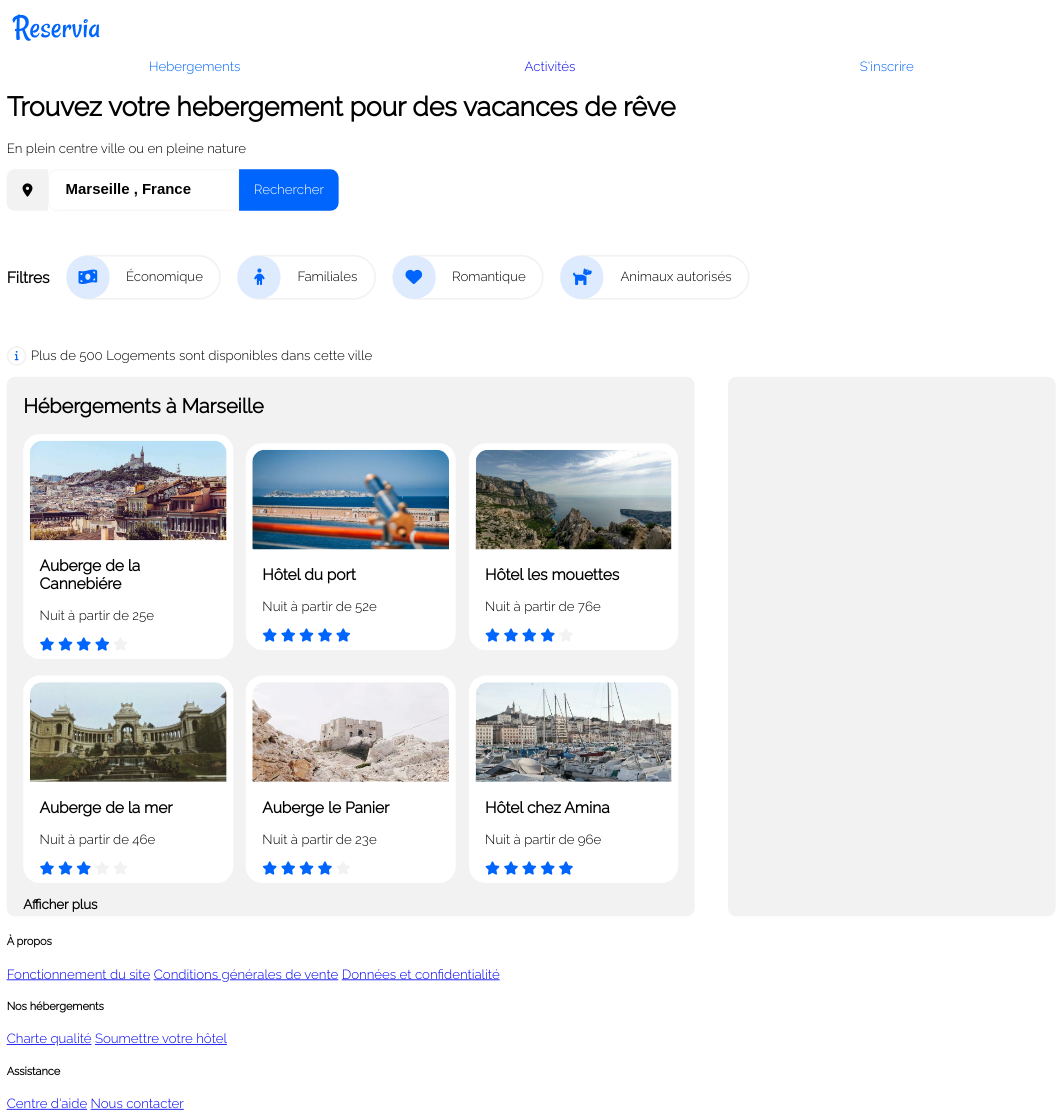
Repository: jaydeeonghub/DYLANBARBARISI_2_16062021
Page: index.html
An editor plug-in stored every save of this project. The page is shown before and after the next save, followed by the edit.
The browser window is 1280 px wide. The pictures show the whole page, at 83% of full size.
Some web libraries are served in a nearby version.

Above is the page before, as saved 2021-07-14 18:41:17.

After the next save:
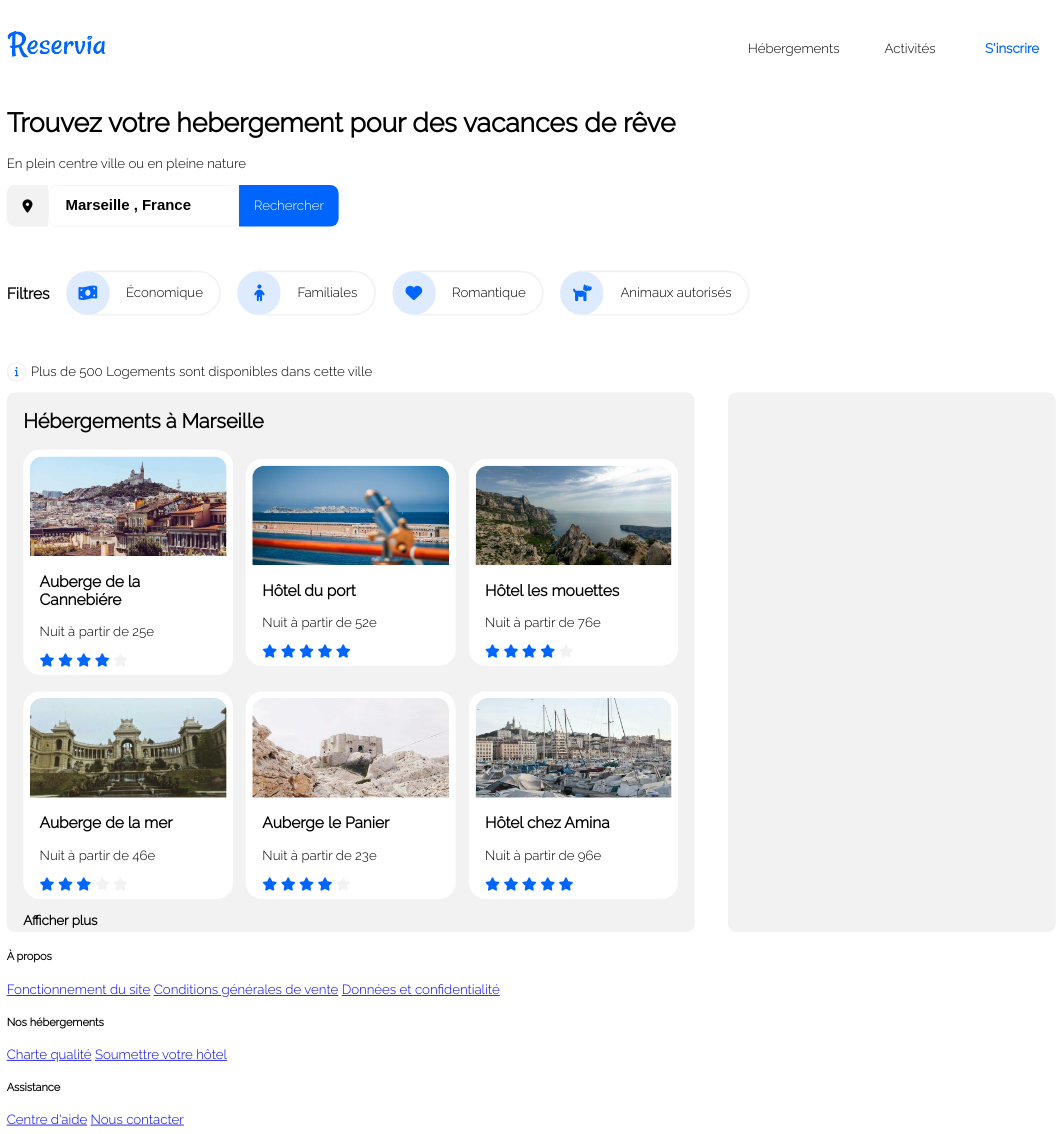
Saved 2 min 13 s later.
--- a/index.html
+++ b/index.html
@@ -13,28 +13,32 @@
 </head>
 <body>
     <header>
-    <div class="Barre_de_navigation"> <!--Barre de navigation-->
-        <div>
-        <img
-             class="marglogo"
-             src="Assets/Logo/Reservia@3x.png"
-             alt="Logo Reservia Responsive"
-             srcset="Assets/Logo/Reservia.svg"
-             width="120px"
-             height="50px"
-        />
-    </div>
-<nav class="LiensNav flexAround">
-        <div class=" LiensNav2 flexCentre bordureNav">
-        <a class="colorBleu decorationNone" href="#Hebergements">Hebergements</a>
-    </div>
-        <div class="LiensNav2 flexCentre">
-        <a class="LiensColor2 decorationNone" href="#Activités">Activités</a>
-    </div>
-        <div class="LiensNav2 flexCentre">
-            <a class="colorBleu decorationNone" href="#S'inscrire">S'inscrire</a></div>
-    </nav>
-    </header>
+      <nav class="sizeNav">
+        <div class="sizeLiens flexBetween">
+          <div>
+            <img
+              class="marglogo"
+              src="./Assets/Logo/Reservia@3x.png"
+              alt="Logo Reservia"
+              width="120px"
+              height="50px"
+            />
+          </div>
+          <div class="sizeLien12 flexCentre">
+            <div class="sizeLien flexCentre bordureNav">
+              <a class="colorLien2 decorationNone" href="#hebergements"
+                >Hébergements</a
+              >
+            </div>
+            <div class="sizeLien flexCentre bordureNav">
+              <a class="colorLien2 decorationNone" href="#activites">Activités</a>
+            </div>
+          </div>
+          <div class="sizeLien flexCentre bordureNav">
+            <a class="texteGras colorBleu decorationNone" href="#">S'inscrire</a>
+          </div>
+        </div>
+      </nav>
 <main>
     <h1 class="texteGras">
     Trouvez votre hebergement pour des vacances de rêve
